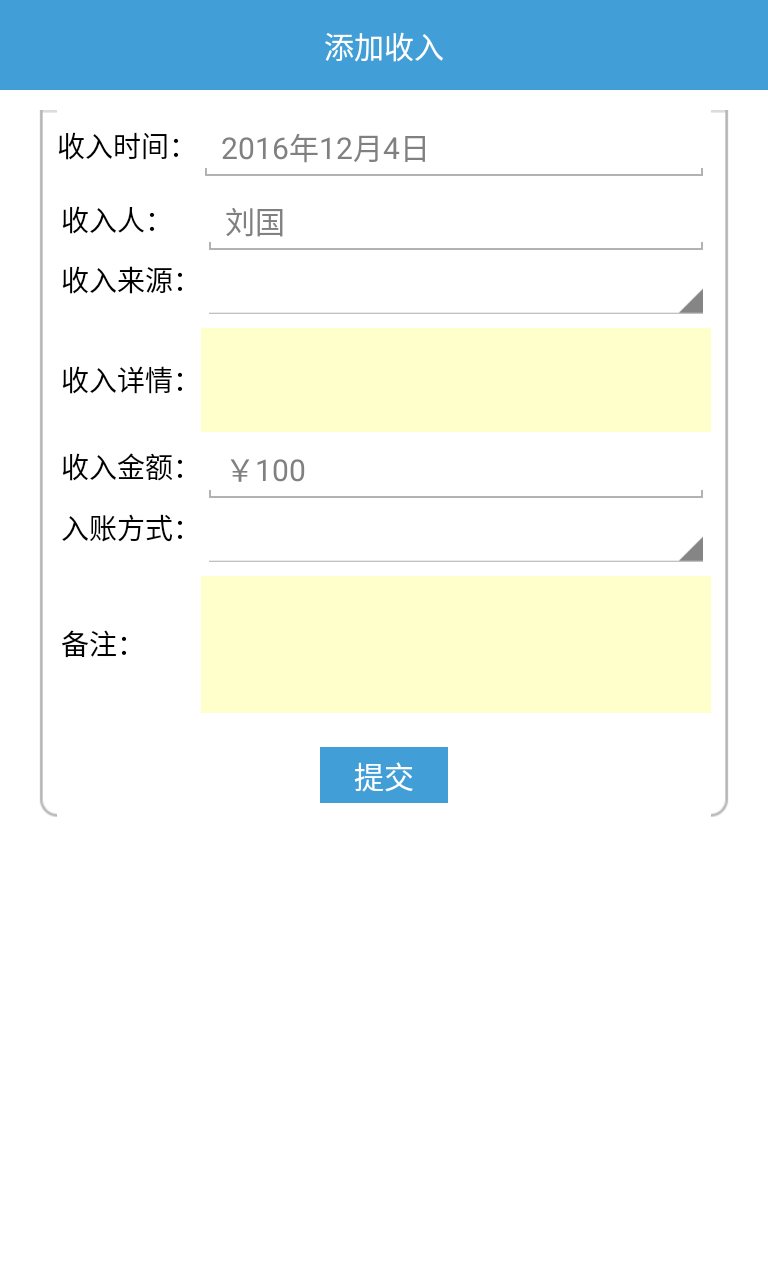
Repository: MySixGad/MyBill
Layout: Bill/Bill/res/layout/activity_inset_in_rmb.xml
The author's editor kept a copy of each file at every save. The layout is drawn from the files as they stood at one save, then again after the next save.
It is drawn on a 768 x 1280 px phone screen (xhdpi) without system bars, with theme AppTheme; the app's code is not run.

Above is the layout before, as saved 2016-12-10 05:34:52.

### Bill/Bill/res/layout/activity_inset_in_rmb.xml
<LinearLayout xmlns:android="http://schemas.android.com/apk/res/android"
    xmlns:tools="http://schemas.android.com/tools"
    android:layout_width="match_parent"
    android:layout_height="wrap_content"
    android:orientation="vertical"
    tools:context=".Inset_inRMBActivity" >

    <TextView
        android:id="@+id/textView1"
        style="@style/Title_1"
        android:text="添加收入" />

    <LinearLayout
         android:background="@drawable/last_normal"
        android:layout_width="match_parent"
        android:layout_height="wrap_content"
        android:layout_marginLeft="10dp"
        android:layout_marginRight="10dp"
        android:layout_marginTop="10dp"
        android:orientation="vertical" >

        <LinearLayout
            android:layout_width="match_parent"
            android:layout_height="wrap_content"
            android:orientation="horizontal" >

            <TextView
                android:id="@+id/textView2"
                android:layout_width="70dp"
                android:layout_height="wrap_content"
                android:text="收入时间："
                android:textColor="#000" />

            <EditText
                android:id="@+id/textView2"
                android:layout_width="match_parent"
                android:layout_height="wrap_content"
                android:ems="10"
                android:hint="2016年12月4日"
                android:inputType="textMultiLine"
                android:textColor="#000"
                android:textSize="15dp" >
            </EditText>
        </LinearLayout>

        <!-- 第二行 -->

        <LinearLayout
            android:layout_width="match_parent"
            android:layout_height="wrap_content"
            android:layout_marginLeft="2dp"
            android:orientation="horizontal" >

            <TextView
                android:id="@+id/textView2"
                android:layout_width="70dp"
                android:layout_height="wrap_content"
                android:text="收入人："
                android:textColor="#000" />

            <EditText
                android:id="@+id/textView2"
                android:layout_width="match_parent"
                android:layout_height="wrap_content"
                android:ems="10"
                android:hint="刘国"
                android:inputType="textMultiLine"
                android:textColor="#000"
                android:textSize="15dp" >
            </EditText>
        </LinearLayout>

        <LinearLayout
            android:layout_width="match_parent"
            android:layout_height="wrap_content"
            android:layout_marginLeft="2dp"
            android:orientation="horizontal" >

            <TextView
                android:id="@+id/textView2"
                android:layout_width="wrap_content"
                android:layout_height="wrap_content"
                android:gravity="center"
                android:text="收入来源："
                android:textColor="#000" />

            <Spinner
                android:id="@+id/in_sos"
                   android:gravity="center"
                android:layout_width="match_parent"
                android:layout_height="wrap_content" />
        </LinearLayout>

        <LinearLayout
            android:layout_width="match_parent"
            android:layout_height="wrap_content"
            android:layout_marginLeft="2dp"
            android:layout_marginTop="3dp"
            android:orientation="horizontal" >

            <TextView
                android:id="@+id/textView2"
                android:layout_width="70dp"
                android:layout_height="wrap_content"
                android:text="收入详情："
                android:textColor="#000" />

            <EditText
                android:id="@+id/textView2"
                android:layout_width="match_parent"
                android:layout_height="wrap_content"
                android:background="#ffffcc"
                android:inputType="textMultiLine"
                android:maxLines="10"
                android:minLines="3"
                android:scrollbars="vertical"
                android:textColor="#000"
                android:textSize="14dp" />
        </LinearLayout>

        <LinearLayout
            android:layout_width="match_parent"
            android:layout_height="wrap_content"
            android:layout_marginLeft="2dp"
            android:orientation="horizontal" >

            <TextView
                android:id="@+id/textView2"
                android:layout_width="70dp"
                android:layout_height="wrap_content"
                android:text="收入金额："
                android:textColor="#000" />

            <EditText
                android:id="@+id/textView2"
                android:layout_width="match_parent"
                android:layout_height="wrap_content"
                android:hint="￥100"
                android:gravity="left"
                android:inputType="textMultiLine"
                android:textColor="#000"
                android:textSize="15dp" />
        </LinearLayout>

        <LinearLayout
            android:layout_width="match_parent"
            android:layout_height="wrap_content"
            android:layout_marginLeft="2dp"
            android:orientation="horizontal" >

            <TextView
                android:id="@+id/textView2"
                android:layout_width="wrap_content"
                android:layout_height="wrap_content"
                android:gravity="center"
                android:text="入账方式："
                android:textColor="#000" />

            <Spinner
                android:id="@+id/in_way"
                android:gravity="center"
                android:layout_width="match_parent"
                android:layout_height="wrap_content" />
        </LinearLayout>

        <LinearLayout
            android:layout_marginTop="3dp"
            android:layout_width="match_parent"
            android:layout_height="wrap_content"
            android:layout_marginLeft="2dp"
            android:orientation="horizontal" >

            <TextView
                android:id="@+id/textView2"
                android:layout_width="70dp"
                android:layout_height="wrap_content"
                android:text="备注："
                android:textColor="#000" />

            <EditText
                android:id="@+id/textView2"
                android:layout_width="match_parent"
                android:layout_height="wrap_content"
                android:background="#ffffcc"
                android:inputType="textMultiLine"
                android:maxLines="10"
                android:minLines="4"
                android:scrollbars="vertical"
                android:textColor="#000"
                android:textSize="14dp" />
        </LinearLayout>

         <Button
            android:id="@+id/pay_commit"
            style="@style/Title_1"
            android:layout_gravity="center"
            android:layout_marginTop="17dp"
            android:layout_width="wrap_content"
            android:layout_height="28dp"
            android:layout_marginBottom="6dp"
            android:onClick="pay_commit"
            android:text="提交" />


    </LinearLayout>



</LinearLayout>

### Bill/Bill/res/values/styles.xml
<resources>

    <style name="AppBaseTheme" parent="android:Theme.Light"></style>

    <style name="AppTheme" parent="AppBaseTheme"></style>

    <style name="Title_1">
        <item name="android:gravity">center</item>
        <item name="android:textColor">#fff</item>
        <item name="android:textSize">15sp</item>
        <item name="android:layout_width">match_parent</item>
        <item name="android:layout_height">45dp</item>
        <item name="android:background">#429ED6</item>
    </style>

     <style name="Button_1">
        <item name="android:textColor">#fff</item>
        <item name="android:textSize">12sp</item>
        <item name="android:background">#429ED6</item>
    </style>


       <!-- 覆盖系统的 -->
    <!-- 归属地风格dialog的样式 -->
    <style name="addrdialog" parent="@android:style/Theme.Dialog">
        <item name="android:windowNoTitle">true</item>
        <!-- 去标题栏 -->
        <item name="android:windowBackground">@android:color/white</item>
    </style>




</resources>

Loaded but not shown: Bill/Bill/res/values-v11/styles.xml (common file); Bill/Bill/res/values-v14/styles.xml (common file)

After the next save:
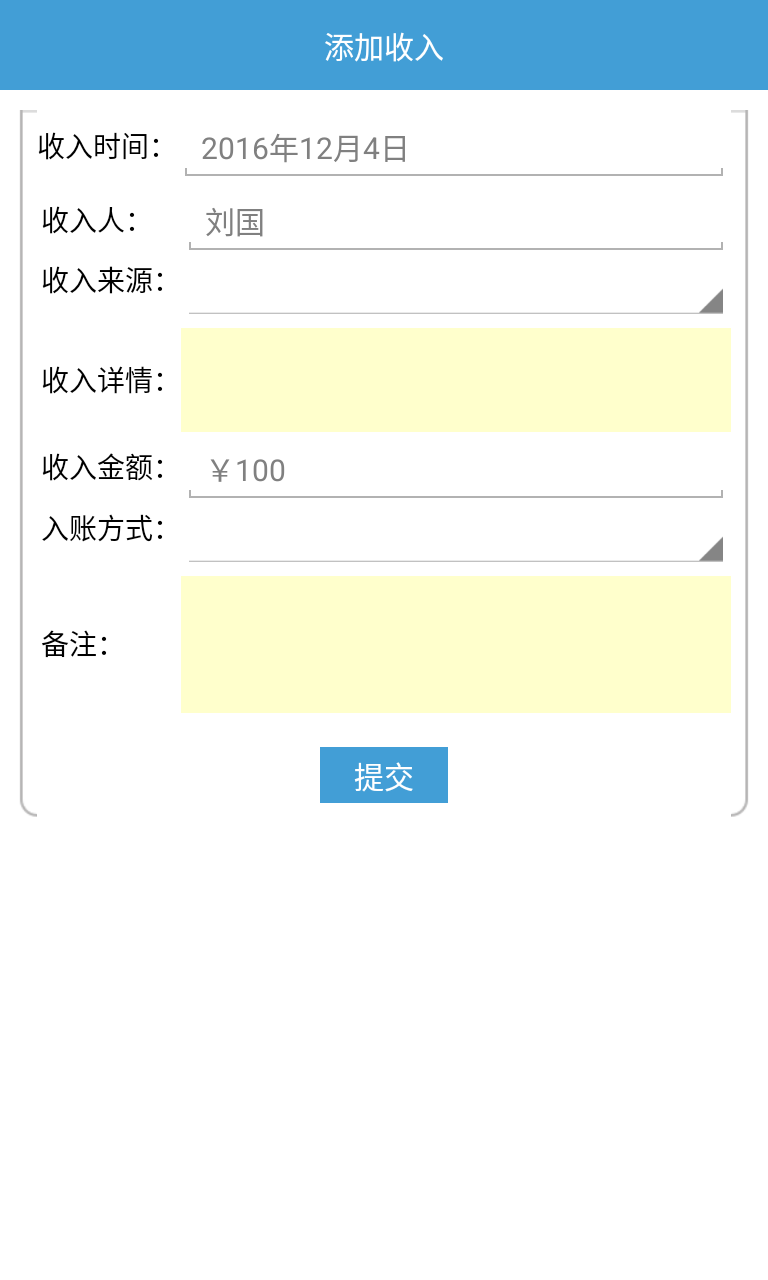
Saved 2 min 2 s later.
--- a/Bill/Bill/res/layout/activity_inset_in_rmb.xml
+++ b/Bill/Bill/res/layout/activity_inset_in_rmb.xml
@@ -14,8 +14,6 @@
          android:background="@drawable/last_normal"
         android:layout_width="match_parent"
         android:layout_height="wrap_content"
-        android:layout_marginLeft="10dp"
-        android:layout_marginRight="10dp"
         android:layout_marginTop="10dp"
         android:orientation="vertical" >
 
